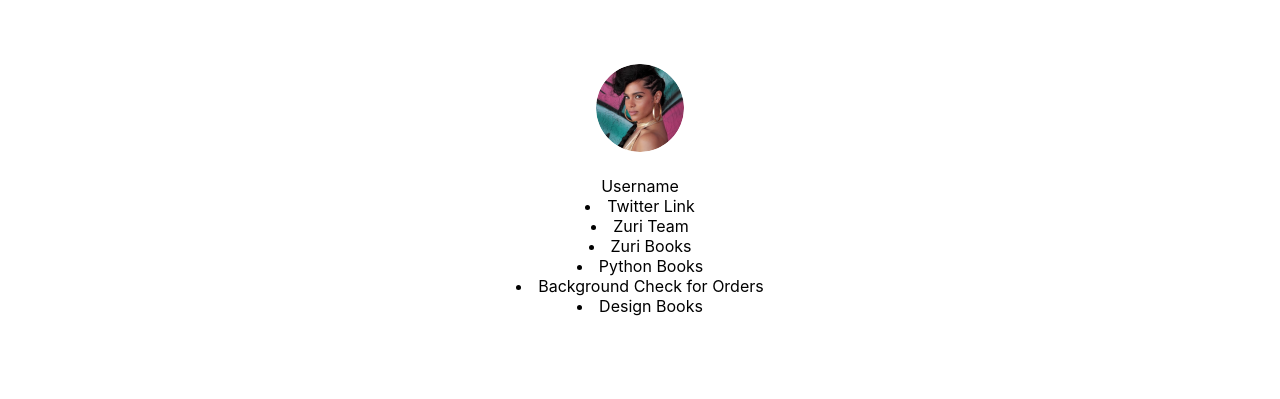
Repository: uh-sman/Zuri-task-one
Page: /
The author's editor kept a copy of each file at every save. The page is drawn from the files as they stood at one save, then again after the next save.
The browser window is 1280 px wide. The pictures show the whole page.
The project was rebuilt for these pictures with package versions that can differ from the ones it lists, and the page was loaded fresh each time.

Above is the page before, as saved 2022-10-23 19:17:04.

After the next save:
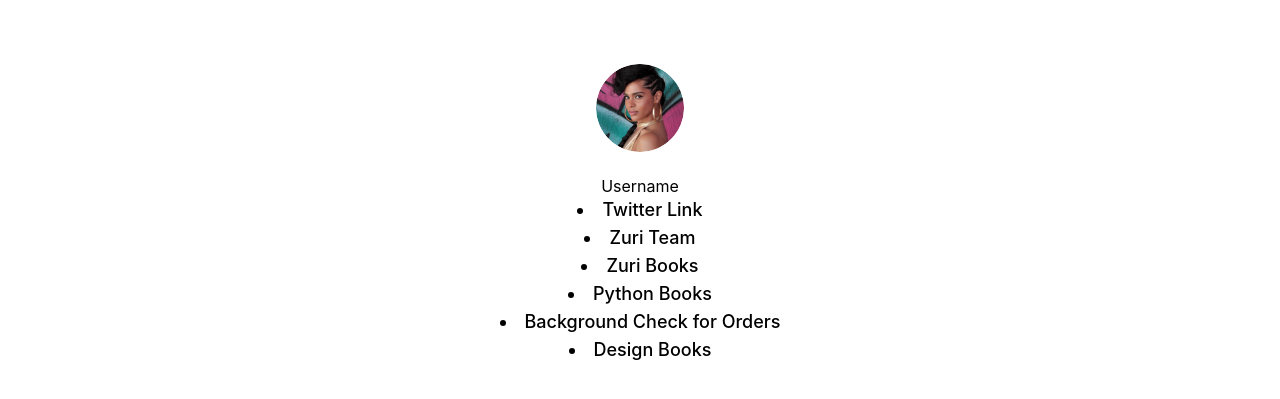
Saved 75 s later.
--- a/src/Components/body.css
+++ b/src/Components/body.css
@@ -6,13 +6,12 @@
   gap: 24px;
   /* isolation: isolate; */
 }
-/* .box {
-  height: 76px;
-  width: 1152px;
-  left: 0px;
-  top: 0px;
-  border-radius: 8px;
-  padding: 24px 32px 24px 32px;
-  display: flex;
-   justify-content: ;
-} */
+.box {
+  /* styleName: Text lg/Medium; */
+  font-family: Inter;
+  font-size: 18px;
+  font-weight: 500;
+  line-height: 28px;
+  letter-spacing: 0em;
+  text-align: center;
+}
